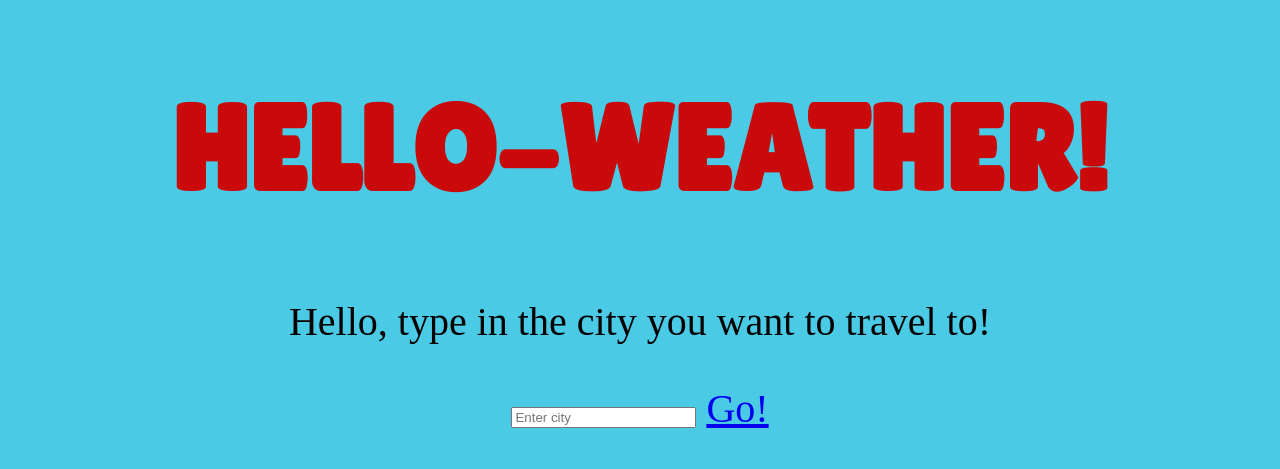
Repository: Jazinha/Hello-kitty-weather
Page: index.html
The author's editor kept a copy of each file at every save. The page is drawn from the files as they stood at one save, then again after the next save.
The browser window is 1280 px wide. The pictures show the whole page.

Above is the page before, as saved 2023-02-03 20:38:09.

### index.html
<!DOCTYPE html>
<html>
    <head>
        <title>Hello-Weather!</title>
        <meta charset="utf-8">
        <link rel="stylesheet" href="style.css">
        <link rel="preconnect" href="https://fonts.googleapis.com">
<link rel="preconnect" href="https://fonts.gstatic.com" crossorigin>
<link href="https://fonts.googleapis.com/css2?family=Itim&family=Lilita+One&display=swap" rel="stylesheet">
    </head>
    <body>
        <div class="container">
            <div id="home" class="flex-column flex-center"></div>
            <h1>HELLO-WEATHER!</h1>
            <p>Hello, type in the city you want to travel to!</p>
            <input id="initial" type="text" placeholder="Enter city">
            <a href="forecast.html" class="btn">Go! </a>
        </div>
    </body>
</html>

### style.css
body {
    background-color: rgb(75, 202, 230);
    font-size: 40px;
    font-family: font-family: 'Itim', cursive;;
}

.container {
    text-align: center;
    justify-content: center;
}

h1 {
    font-size: 120px;
    font-family: 'Lilita One', cursive;
    color: rgb(202, 10, 10);

}

After the next save:
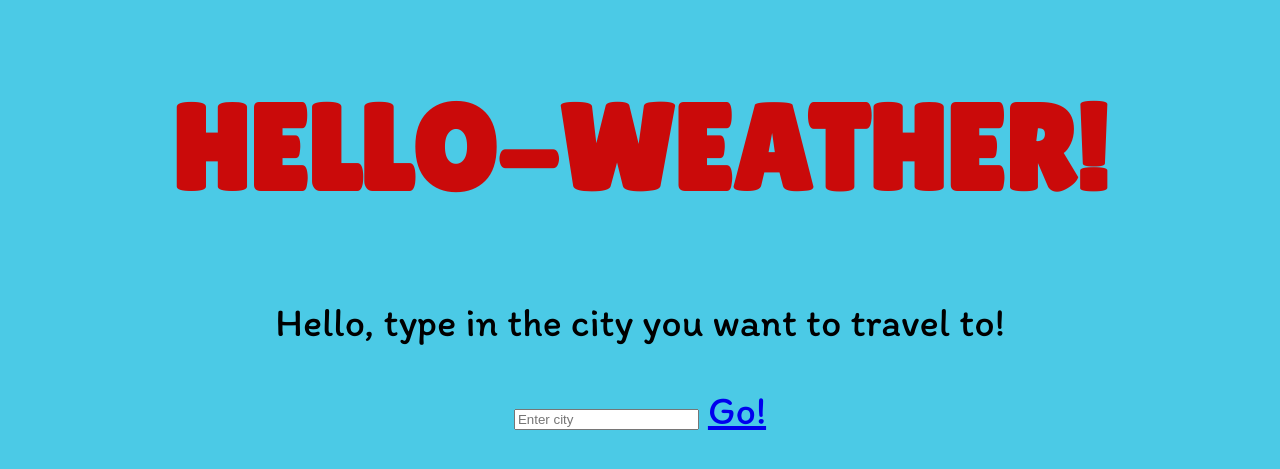
Saved 9 s later.
--- a/style.css
+++ b/style.css
@@ -1,7 +1,7 @@
 body {
     background-color: rgb(75, 202, 230);
     font-size: 40px;
-    font-family: font-family: 'Itim', cursive;;
+    font-family: 'Itim', cursive;;
 }
 
 .container {
